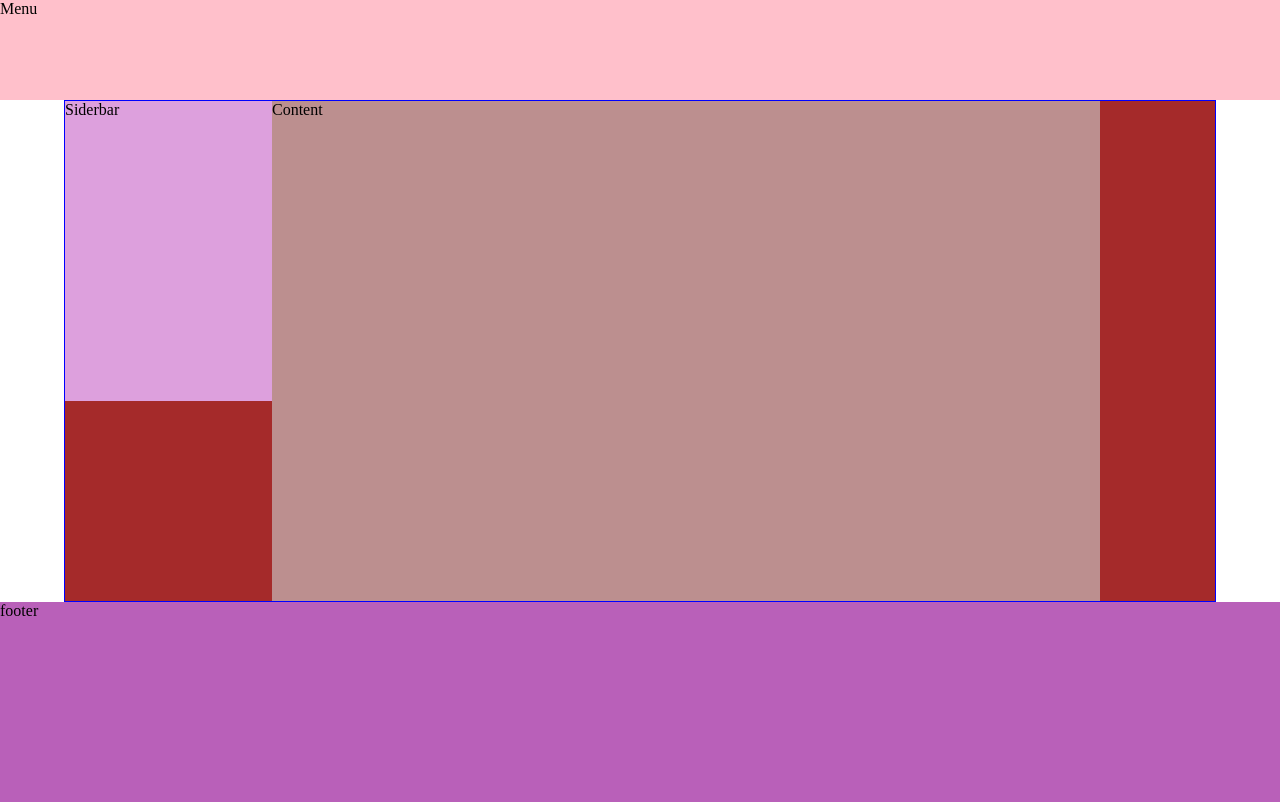
Repository: cvTuananh/Wed-famework
Page: Lab04/lab04/demo05.html
The author's editor kept a copy of each file at every save. The page is drawn from the files as they stood at one save, then again after the next save.
The browser window is 1280 px wide. The pictures show the whole page.

Above is the page before, as saved 2021-09-28 19:51:55.

After the next save:
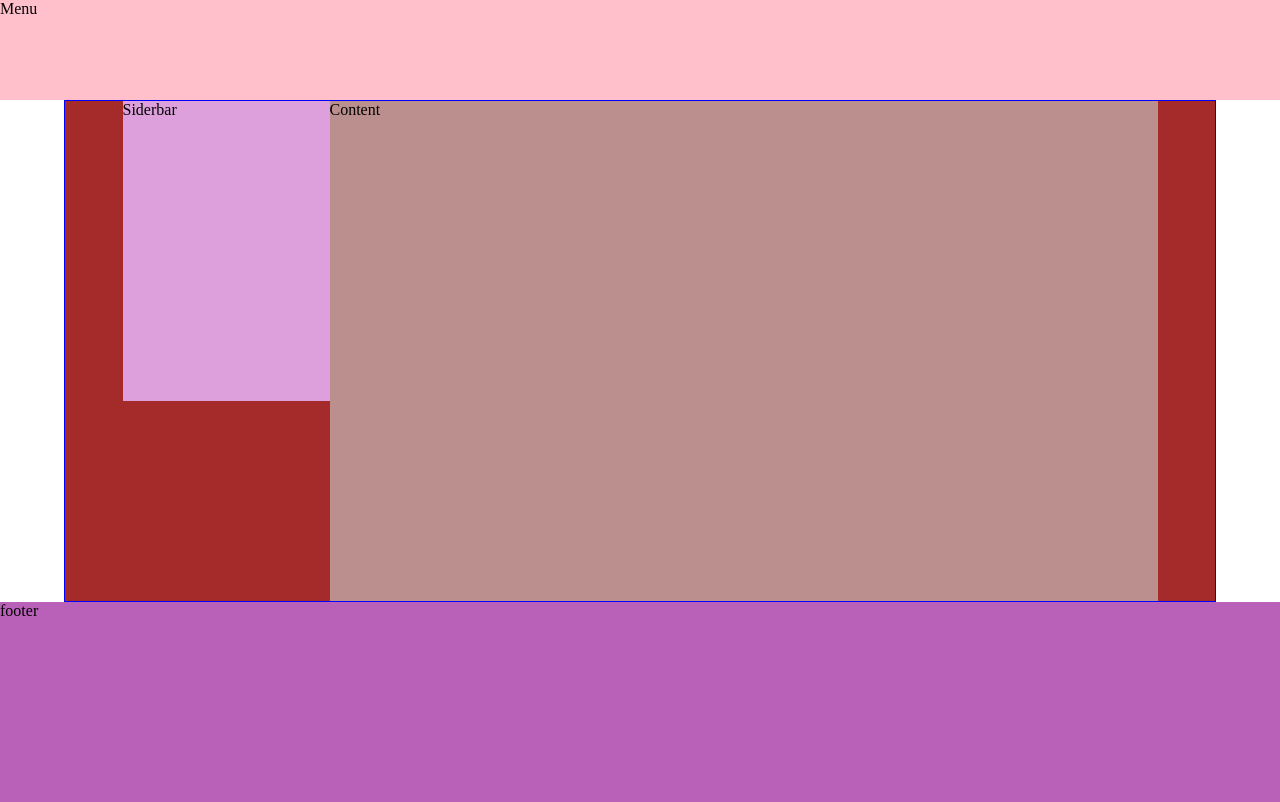
Saved 6 s later.
--- a/Lab04/lab04/css/demo05.css
+++ b/Lab04/lab04/css/demo05.css
@@ -12,7 +12,7 @@
 }
 section{
     width: 90%;
-    margin: 1;
+    margin: 0 auto;
 }
 nav{
     background-color: pink;
